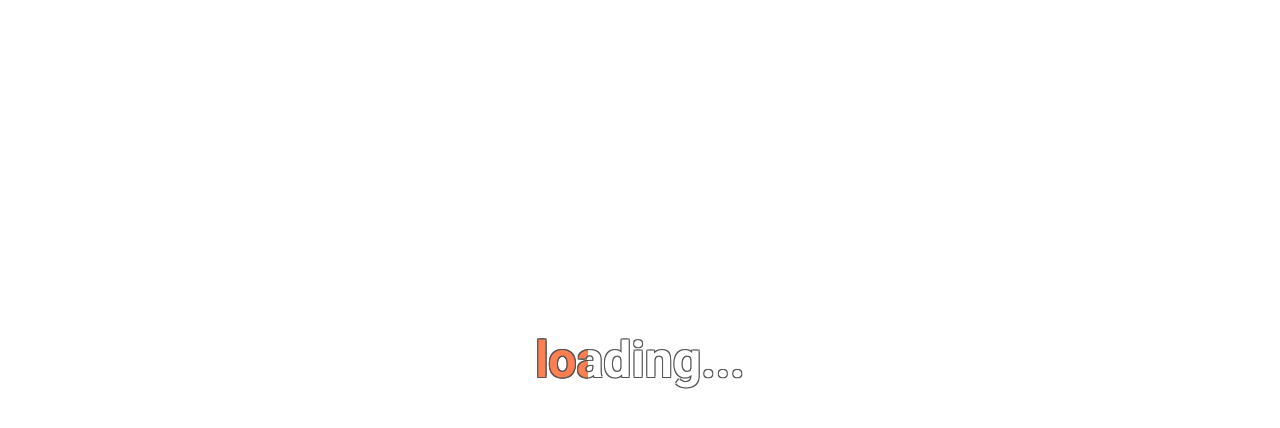
Repository: safak/animation
Page: index-4.html
The author's editor kept a copy of each file at every save. The page is drawn from the files as they stood at one save, then again after the next save.
The browser window is 1280 px wide. The pictures show the whole page.

Above is the page before, as saved 2020-12-17 00:45:40.

### index-4.html
<html lang="en">
  <head>
    <meta charset="UTF-8" />
    <meta name="viewport" content="width=device-width, initial-scale=1.0" />
    <link rel="stylesheet" href="style.css" />
    <link
      href="https://fonts.googleapis.com/css2?family=Roboto:wght@300;400;500;700;900&display=swap"
      rel="stylesheet"
    />
    <link
      rel="stylesheet"
      href="https://cdnjs.cloudflare.com/ajax/libs/font-awesome/5.15.1/css/all.min.css"
      integrity="sha512-+4zCK9k+qNFUR5X+cKL9EIR+ZOhtIloNl9GIKS57V1MyNsYpYcUrUeQc9vNfzsWfV28IaLL3i96P9sdNyeRssA=="
      crossorigin="anonymous"
    />
    <title>Document</title>
  </head>
  <body>
    <div class="container">
      <h1>loading...</h1>
    </div>
    </div>
  </body>
</html>

### style.css
* {
  margin: 0;
}

body {
  display: flex;
  align-items: center;
  justify-content: center;
  font-family: "Roboto", sans-serif;
}

.container {
  width: 300px;
  height: 300px;
  display: flex;
  flex-direction: column;
  align-items: center;
  justify-content: center;
}

/* PAGE1

h1{
  color: coral;
}

.circle-container {
  display: flex;
}

.circle {
  width: 20px;
  height: 20px;
  border-radius: 50%;
  margin: 10px;
  animation: loading 1s infinite;
  opacity: 0;
}

.circle-1{
  background-color: tomato;
}

.circle-2{
  background-color: salmon;
}

.circle-3{
  background-color: coral;
}

@keyframes loading {
  100% {
    opacity: 1;
  }
} */

/* PAGE2

h1 {
  color: coral;
}

.circle-container {
  display: flex;
}

.circle {
  width: 20px;
  height: 20px;
  border-radius: 50%;
  margin: 10px;
  animation: loading .5s infinite alternate;
}

.circle-1 {
  background-color: tomato;
}

.circle-2 {
  background-color: salmon;
}

.circle-3 {
  background-color: coral;
}

@keyframes loading {
  25% {
    transform: translate(10px, -10px);
  }
  50% {
    transform: translate(20px, -20px);
  }
  75% {
    transform: translate(30px, -10px);
  }
  100% {
    transform: translate(30px, 0px);
  }
} */

/* PAGE3

h1 {
  color: coral;
  font-weight: 300;
  margin-top: ;
}

.circle-container {
  display: flex;
  border-bottom: 2px solid lightcoral;
  padding: 0px;
}

.circle {
  width: 20px;
  height: 20px;
  border-radius: 50%;
  margin: 0px 10px;
  animation: loading 0.5s infinite alternate;
}

.circle-1 {
  background-color: tomato;
}

.circle-2 {
  background-color: salmon;
  animation-delay: 0.1s;
}

.circle-3 {
  background-color: coral;
  animation-delay: .2s;
}

@keyframes loading {
  100% {
    transform: translateY(-100px);
  }
} */

/* PAGE3 */

.container {
  width: max-content;
  height: max-content;
}

h1 {
  font-size: 50px;
  width: 100%;
  height: 100%;
  display: flex;
  align-items: center;
  justify-content: center;
  text-shadow: -1px -1px 0 #555555, 1px -1px 0 #555555, -1px 1px 0 #555555,
    1px 1px 0 #555555;
  color: white;
  position: relative;
}

h1::before {
  content: "loading...";
  color: coral;
  top: 0;
  left: 0;
  width: 0%;
  position: absolute;
  animation: move 4s linear infinite;
  overflow: hidden;
}

@keyframes move {
  100% {
    width: 100%;
  }
}

After the next save:
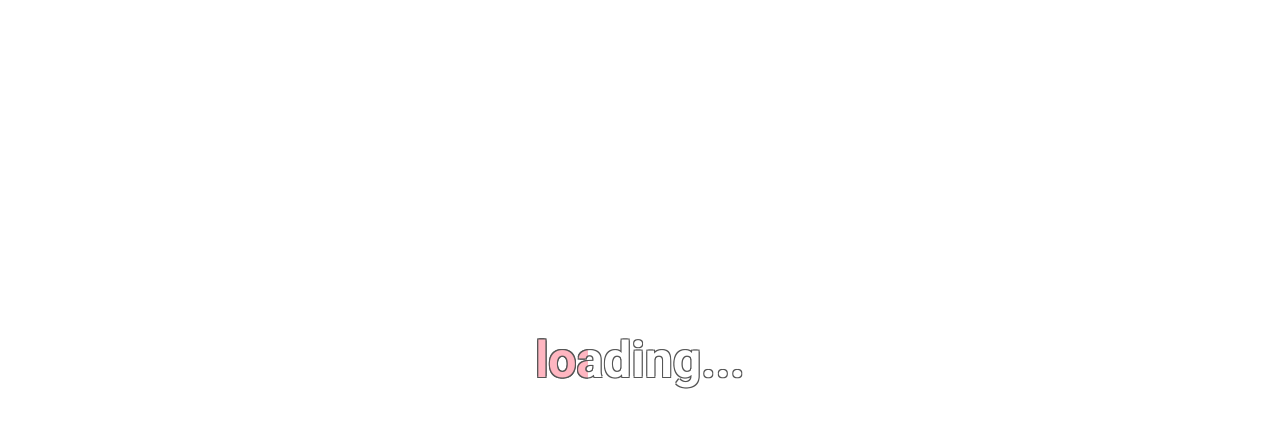
Saved 18 s later.
--- a/style.css
+++ b/style.css
@@ -164,7 +164,7 @@ h1 {
 
 h1::before {
   content: "loading...";
-  color: coral;
+  color: lightpink;
   top: 0;
   left: 0;
   width: 0%;
